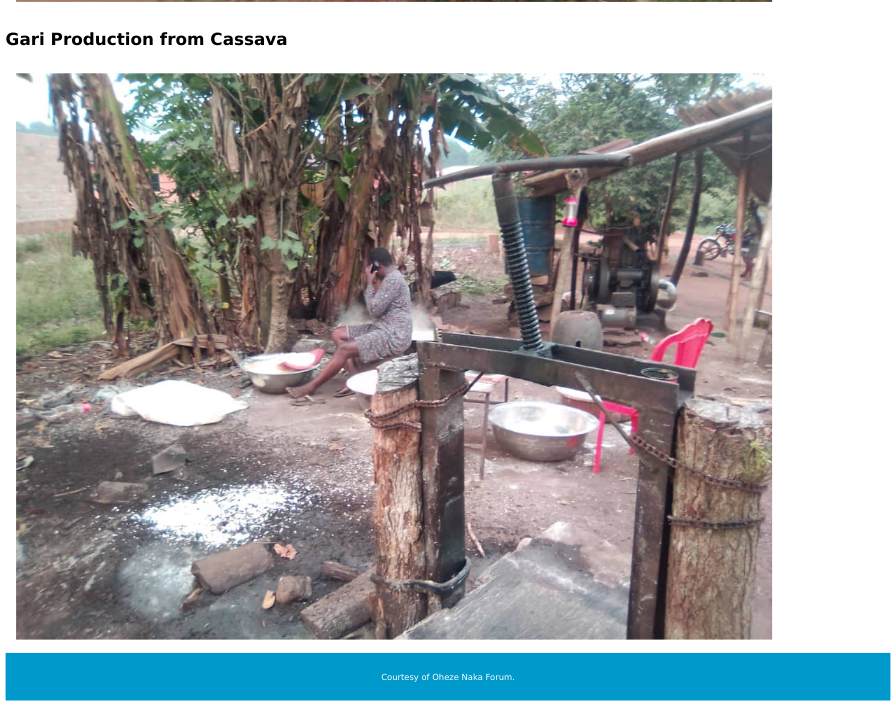
Repository: OtasowieRotimiOsifo/oheze-naka-forum
Page: economy.html
An editor plug-in stored every save of this project. The page is shown before and after the next save, followed by the edit.
The browser window is 1280 px wide. The pictures show the part of the page from y = 2054 to 3974 px (the page is 3063 px tall before and 3974 px after), at 70% of full size.

Above is the page before, as saved 2021-04-01 22:56:45.

### economy.html
<!DOCTYPE html>
<html lang="en">

<meta name="viewport" content="width=device-width, initial-scale=1.0">
<style>
* {
  box-sizing: border-box;
}

.row::after {
  content: "";
  clear: both;
  display: table;
}

[class*="col-"] {
  float: left;
  padding: 15px;
}

html {
  font-family: "Lucida Sans", sans-serif;
}

.header {
  background-color: #9933cc;
  color: #ffffff;
  padding: 15px;
}

.menu ul {
  list-style-type: none;
  margin: 0;
  padding: 0;
}

.menu li {
  padding: 8px;
  margin-bottom: 7px;
  background-color: #33b5e5;
  color: #ffffff;
  box-shadow: 0 1px 3px rgba(0,0,0,0.12), 0 1px 2px rgba(0,0,0,0.24);
}

.menu li:hover {
  background-color: #0099cc;
}

.aside {
  background-color: #4E38A9;
  padding: 15px;
  color: #ffffff;
  text-align: center;
  font-size: 14px;
  box-shadow: 0 1px 3px rgba(0,0,0,0.12), 0 1px 2px rgba(0,0,0,0.24);
}

.footer {
  background-color: #0099cc;
  color: #ffffff;
  text-align: center;
  font-size: 12px;
  padding: 15px;
}

/* For mobile phones: */
[class*="col-"] {
  width: 100%;
}

@media only screen and (min-width: 600px) {
  /* For tablets: */
  .col-s-1 {width: 8.33%;}
  .col-s-2 {width: 16.66%;}
  .col-s-3 {width: 25%;}
  .col-s-4 {width: 33.33%;}
  .col-s-5 {width: 41.66%;}
  .col-s-6 {width: 50%;}
  .col-s-7 {width: 58.33%;}
  .col-s-8 {width: 66.66%;}
  .col-s-9 {width: 75%;}
  .col-s-10 {width: 83.33%;}
  .col-s-11 {width: 91.66%;}
  .col-s-12 {width: 100%;}
}
@media only screen and (min-width: 768px) {
  /* For desktop: */
  .col-1 {width: 8.33%;}
  .col-2 {width: 16.66%;}
  .col-3 {width: 25%;}
  .col-4 {width: 33.33%;}
  .col-5 {width: 41.66%;}
  .col-6 {width: 50%;}
  .col-7 {width: 58.33%;}
  .col-8 {width: 66.66%;}
  .col-9 {width: 75%;}
  .col-10 {width: 83.33%;}
  .col-11 {width: 91.66%;}
  .col-12 {width: 100%;}
}
</style>
<head>
<title> Oheze-Naka Economy </title>
</head>
<body>

<div class="header">
  <h1>Oheze Naka: Economy</h1>
</div>
<div class="row">
  <h2>Occupation</h2>
  <div class="col-8 col-s-9">
      <span>Farming is the main occupation. Rearing of domestic animals is also practiced by the adults. </span>
      <span>Farm Produce include Yam, Plantain, Bananas, Palm Produce, Pineapples, Cassava, Fruits, Vegetables etc.</span>
    </div>
  </div>
  <div class="row">
    <h2>Plantain Farm</h2>
    <div  class="col-3 col-s-3">
      <img src="img/plantain-farm2.jpg"/>
  </div>
  </div>
  <div class="row">
    <h2>Palm Produce</h2>
    <div  class="col-3 col-s-3">
      <img src="img/palm-tree2.jpg"/>
  </div>
  </div>
  <div class="row">
    <h2>Gari Production from Cassava</h2>
    <div  class="col-3 col-s-3">
      <img src="img/gari-production.jpg"/>
  </div>
  </div>
<div class="footer">
  <p>Courtesy of Oheze Naka Forum.</p>
</div>

</body>
</html>

After the next save:
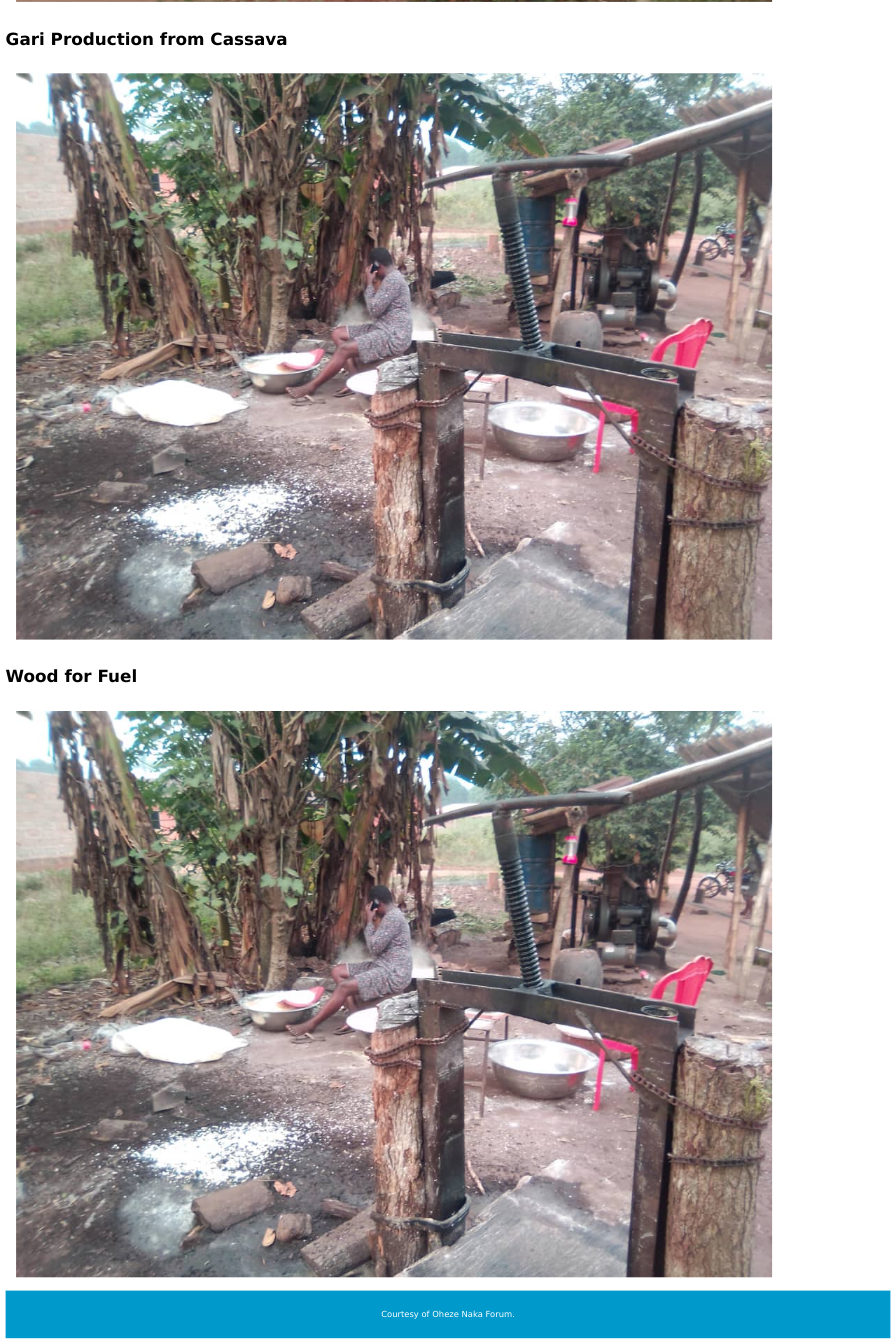
Saved 92 s later.
--- a/economy.html
+++ b/economy.html
@@ -132,6 +132,12 @@ html {
       <img src="img/gari-production.jpg"/>
   </div>
   </div>
+  <div class="row">
+    <h2>Wood for Fuel</h2>
+    <div  class="col-3 col-s-3">
+      <img src="img/gari-production.jpg"/>
+  </div>
+  </div>
 <div class="footer">
   <p>Courtesy of Oheze Naka Forum.</p>
 </div>
